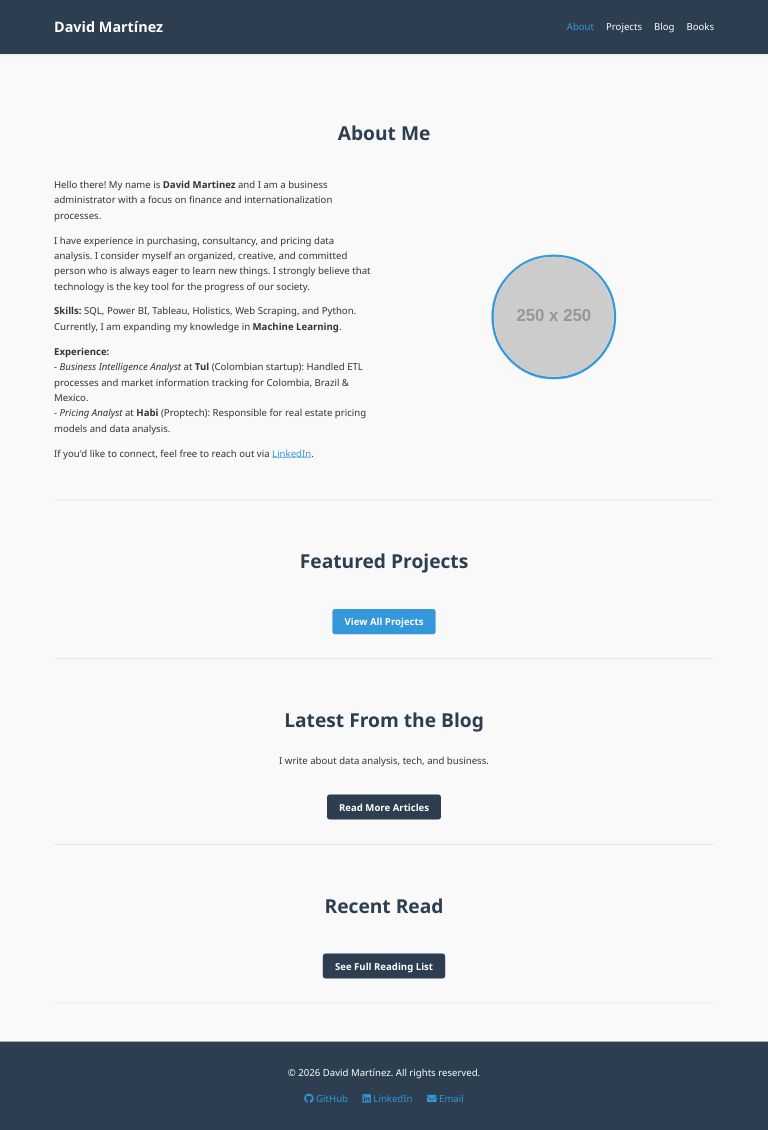
Repository: davidsmv/davidsmv.github.io
Page: index.html
These files come from the project's save history. The page is drawn as it stood at one moment and after the next save; the edit follows.
The browser window is 1280 px wide. The pictures show the whole page, at 60% of full size.

Above is the page before, as saved 2026-01-19 17:03:27.

### index.html
<!DOCTYPE html>
<html lang="en">
<head>
    <!-- Google Tag Manager -->
    <script>(function(w,d,s,l,i){w[l]=w[l]||[];w[l].push({'gtm.start':
    new Date().getTime(),event:'gtm.js'});var f=d.getElementsByTagName(s)[0],
    j=d.createElement(s),dl=l!='dataLayer'?'&l='+l:'';j.async=true;j.src=
    'https://www.googletagmanager.com/gtm.js?id='+i+dl;f.parentNode.insertBefore(j,f);
    })(window,document,'script','dataLayer','GTM-K4HP3RM');</script>
    <!-- End Google Tag Manager -->

    <meta charset="UTF-8">
    <meta name="viewport" content="width=device-width, initial-scale=1.0">
    <meta http-equiv="X-UA-Compatible" content="ie=edge">
    <title>David Martínez</title>

    <!-- Link to your new styles -->
    <link rel="stylesheet" href="styles.css">
    <!-- Font Awesome for Icons -->
    <link rel="stylesheet" href="https://cdnjs.cloudflare.com/ajax/libs/font-awesome/6.0.0/css/all.min.css">
</head>
<body>
    <!-- Google Tag Manager (noscript) -->
    <noscript><iframe src="https://www.googletagmanager.com/ns.html?id=GTM-K4HP3RM"
    height="0" width="0" style="display:none;visibility:hidden"></iframe></noscript>
    <!-- End Google Tag Manager (noscript) -->

    <!-- Navigation Header -->
    <header>
        <nav>
            <div class="logo"><a href="index.html" style="color: white; text-decoration: none;">David Martínez</a></div>
            <ul class="nav-links">
                <li><a href="#about" style="color: var(--accent-color);">About</a></li>
                <li><a href="projects.html">Projects</a></li>
                <li><a href="blog.html">Blog</a></li>
                <li><a href="books.html">Books</a></li>
            </ul>
        </nav>
    </header>

    <div class="container">
        <!-- About Section -->
        <section id="about">
            <h2>About Me</h2>
            <div class="about-content">
                <div class="about-text">
                    <p>Hello there! My name is <strong>David Martinez</strong> and I am a business administrator with a focus on finance and internationalization processes.</p>
                    <p>
                        I have experience in purchasing, consultancy, and pricing data analysis. I consider myself an organized, creative, and committed person who is always eager to learn new things.
                        I strongly believe that technology is the key tool for the progress of our society.
                    </p>
                    <p>
                        <strong>Skills:</strong> SQL, Power BI, Tableau, Holistics, Web Scraping, and Python.
                        Currently, I am expanding my knowledge in <strong>Machine Learning</strong>.
                    </p>
                    <p>
                        <strong>Experience:</strong>
                        <br>
                        - <em>Business Intelligence Analyst</em> at <strong>Tul</strong> (Colombian startup): Handled ETL processes and market information tracking for Colombia, Brazil & Mexico.
                        <br>
                        - <em>Pricing Analyst</em> at <strong>Habi</strong> (Proptech): Responsible for real estate pricing models and data analysis.
                    </p>
                    <p>
                        If you'd like to connect, feel free to reach out via <a href="https://www.linkedin.com/in/davidsmv" target="_blank" style="color: var(--accent-color);">LinkedIn</a>.
                    </p>
                </div>
                <!-- Placeholder image - Replace 'profile-placeholder.jpg' with your actual photo file name -->
                <div class="about-image">
                    <img src="https://via.placeholder.com/250" alt="David Martínez" class="profile-pic">
                </div>
            </div>
        </section>

        <!-- Projects Section -->
        <section id="projects">
            <h2>Featured Projects</h2>
            <!-- Empty container for JavaScript to populate -->
            <div class="projects-grid" id="featured-projects">
                <!-- Content will be loaded from scripts.js -->
            </div>
            <div style="text-align: center; margin-top: 2rem;">
                <a href="projects.html" style="background-color: var(--accent-color); color: white; padding: 10px 20px; border-radius: 5px; text-decoration: none; font-weight: bold;">View All Projects</a>
            </div>
        </section>

        <!-- Blog Section -->
        <section id="blog">
            <h2>Latest From the Blog</h2>
            <p style="text-align: center; margin-bottom: 20px;">I write about data analysis, tech, and business.</p>
            <!-- Empty container for JavaScript to populate -->
            <div class="card-list" id="featured-blog">
                <!-- Content will be loaded from scripts.js -->
            </div>
            <div style="text-align: center; margin-top: 2rem;">
                <a href="blog.html" style="background-color: var(--primary-color); color: white; padding: 10px 20px; border-radius: 5px; text-decoration: none; font-weight: bold;">Read More Articles</a>
            </div>
        </section>

        <!-- Books Section (Goodreads) -->
        <section id="books">
            <h2>Recent Read</h2>
            <!-- Empty container for JavaScript to populate -->
            <div class="card-list" id="featured-books">
                <!-- Content will be loaded from scripts.js -->
            </div>
            <div style="text-align: center; margin-top: 2rem;">
                <a href="books.html" style="background-color: var(--primary-color); color: white; padding: 10px 20px; border-radius: 5px; text-decoration: none; font-weight: bold;">See Full Reading List</a>
            </div>
        </section>
    </div>

    <!-- Footer -->
    <footer>
        <p>&copy; 2026 David Martínez. All rights reserved.</p>
        <p>
            <a href="https://github.com/davidsmv" target="_blank"><i class="fab fa-github"></i> GitHub</a>
            <a href="https://www.linkedin.com/in/davidsmv" target="_blank"><i class="fab fa-linkedin"></i> LinkedIn</a>
            <a href="mailto:david-martinezv@hotmail.com"><i class="fas fa-envelope"></i> Email</a>
        </p>
    </footer>

</body>
</html>

### styles.css
/* Root variables for easy customization */
:root {
  --primary-color: #2c3e50; /* Dark Blue */
  --accent-color: #3498db;  /* Light Blue */
  --bg-color: #f9f9f9;      /* Light Gray Background */
  --text-color: #333;       /* Dark Text */
  --card-bg: #fff;          /* White Card Background */
  --font-main: 'Segoe UI', Tahoma, Geneva, Verdana, sans-serif;
}

body {
  font-family: var(--font-main);
  background-color: var(--bg-color);
  color: var(--text-color);
  margin: 0;
  padding: 0;
  line-height: 1.6;
}

/* Header & Navigation */
header {
  background-color: var(--primary-color);
  color: #fff;
  padding: 1rem 0;
  position: sticky;
  top: 0;
  z-index: 1000;
  box-shadow: 0 2px 5px rgba(0,0,0,0.1);
}

nav {
  display: flex;
  justify-content: space-between;
  align-items: center;
  max-width: 1100px;
  margin: 0 auto;
  padding: 0 20px;
}

.logo {
  font-size: 1.5rem;
  font-weight: bold;
}

.nav-links {
  list-style: none;
  display: flex;
}

.nav-links li {
  margin-left: 20px;
}

.nav-links a {
  color: #fff;
  text-decoration: none;
  font-weight: 500;
  transition: color 0.3s;
}

.nav-links a:hover {
  color: var(--accent-color);
}

/* Sections */
.container {
  max-width: 1100px;
  margin: 0 auto;
  padding: 2rem 20px;
}

section {
  padding: 3rem 0;
  border-bottom: 1px solid #ddd;
}

section h2 {
  text-align: center;
  margin-bottom: 2rem;
  color: var(--primary-color);
  font-size: 2rem;
}

/* About Section */
.about-content {
  display: flex;
  flex-wrap: wrap;
  align-items: center;
  gap: 2rem;
}

.about-text {
  flex: 1;
  min-width: 300px;
}

.about-image {
  flex: 1;
  text-align: center;
  min-width: 300px;
}

.profile-pic {
  width: 200px;
  height: 200px;
  border-radius: 50%;
  object-fit: cover;
  border: 4px solid var(--accent-color);
}

/* Projects Grid */
.projects-grid {
  display: grid;
  grid-template-columns: repeat(auto-fit, minmax(300px, 1fr));
  gap: 2rem;
}

.project-card {
  background: var(--card-bg);
  padding: 1.5rem;
  border-radius: 8px;
  box-shadow: 0 4px 6px rgba(0,0,0,0.1);
  transition: transform 0.3s ease;
}

.project-card:hover {
  transform: translateY(-5px);
}

.project-card h3 {
  margin-top: 0;
  color: var(--primary-color);
}

.project-link {
  display: inline-block;
  margin-top: 1rem;
  color: var(--accent-color);
  text-decoration: none;
  font-weight: bold;
}

/* Blog & Books (General Card Style) */
.card-list {
  display: flex;
  flex-direction: column;
  gap: 1.5rem;
}

.list-item {
  background: var(--card-bg);
  padding: 1.5rem;
  border-radius: 8px;
  box-shadow: 0 2px 4px rgba(0,0,0,0.05);
  display: flex;
  justify-content: space-between;
  align-items: center;
}

.list-item a {
  color: var(--accent-color);
  text-decoration: none;
  font-weight: bold;
}

/* Footer */
footer {
  background-color: var(--primary-color);
  color: #fff;
  text-align: center;
  padding: 1.5rem 0;
  margin-top: 2rem;
}

footer a {
  color: var(--accent-color);
  margin: 0 10px;
  text-decoration: none;
}

/* Responsive */
@media (max-width: 768px) {
  nav {
    flex-direction: column;
  }

  .nav-links {
    margin-top: 1rem;
  }

  .nav-links li {
    margin: 0 10px;
  }

  .about-content {
    flex-direction: column-reverse;
    text-align: center;
  }
}

### scripts.js
// ============================================
// DATA SECTION - EDIT THIS TO UPDATE YOUR SITE
// ============================================

const projectsData = [
    {
        title: "Market Dashboard",
        description: "A dashboard created using Holistics/PowerBI to track market information and support pricing policies.",
        link: "#",
        linkText: "View Project"
    },
    {
        title: "Real Estate Pricing Model",
        description: "Data analysis project using Python to estimate initial and final pricing for real estate assets.",
        link: "#",
        linkText: "View Project"
    },
    {
        title: "Web Scraper",
        description: "A Python script to extract data from various sources for analysis.",
        link: "#",
        linkText: "View Code"
    },
    {
        title: "Sales Forecasting Tool",
        description: "Predicted future sales trends using historical data and regression models in Python.",
        link: "#",
        linkText: "View Project"
    },
    {
        title: "Portfolio Website",
        description: "This very website! Built with HTML, CSS, JavaScript, and hosted on GitHub Pages.",
        link: "#",
        linkText: "View Code"
    }
];

const blogData = [
    {
        title: "Getting started with Machine Learning",
        description: "My journey into ML and what I've learned so far about algorithms and data preparation.",
        date: "Jan 15, 2026",
        link: "https://medium.com/",
        linkText: "Read on Medium"
    },
    {
        title: "Visualizing Data with PowerBI",
        description: "Tips and tricks for creating effective dashboards that drive business decisions.",
        date: "Dec 10, 2025",
        link: "#",
        linkText: "Read Article"
    },
    {
        title: "Why Python is Essential for Finance",
        description: "Automating spreadsheets and financial modeling with Python libraries like Pandas.",
        date: "Nov 22, 2025",
        link: "#",
        linkText: "Read Article"
    },
    {
        title: "The Future of Proptech",
        description: "Reflections on my experience at Habi and how technology is changing real estate.",
        date: "Oct 05, 2025",
        link: "#",
        linkText: "Read Article"
    }
];

const bookData = [
    {
        title: "How to Avoid a Climate Disaster",
        author: "Bill Gates",
        review: "How to Avoid a Climate Disaster was a good book that helped me to have a better view of the climate problem. I can understand the key factors that make this problem worse and learned what society and I can do to achieve the goal of zero carbon emissions. I would highly recommend it.",
        rating: "4/5 stars",
        link: "https://www.goodreads.com/book/show/52275335-how-to-avoid-a-climate-disaster",
        linkText: "View on Goodreads"
    },
    {
        title: "Atomic Habits",
        author: "James Clear",
        review: "A fantastic guide on how small changes can lead to remarkable results. Essential reading for personal growth.",
        rating: "5/5 stars",
        link: "https://www.goodreads.com/",
        linkText: "View on Goodreads"
    },
    {
        title: "Clean Code",
        author: "Robert C. Martin",
        review: "Helped me understand the importance of writing readable and maintainable software.",
        rating: "5/5 stars",
        link: "https://www.goodreads.com/",
        linkText: "View on Goodreads"
    }
];


// ============================================
// LOGIC SECTION - DO NOT EDIT UNLESS NECESSARY
// ============================================

function renderProjects(containerId, limit = null) {
    const container = document.getElementById(containerId);
    if (!container) return;

    const dataToRender = limit ? projectsData.slice(0, limit) : projectsData;

    container.innerHTML = dataToRender.map(project => `
        <div class="project-card">
            <h3>${project.title}</h3>
            <p>${project.description}</p>
            <a href="${project.link}" class="project-link">${project.linkText} &rarr;</a>
        </div>
    `).join('');
}

function renderBlogs(containerId, limit = null) {
    const container = document.getElementById(containerId);
    if (!container) return;

    const dataToRender = limit ? blogData.slice(0, limit) : blogData;

    container.innerHTML = dataToRender.map(post => `
        <div class="list-item">
            <div>
                <h3>${post.title}</h3>
                <p>${post.description}</p>
                <small>Published on ${post.date}</small>
            </div>
            <a href="${post.link}" target="_blank">${post.linkText} <i class="fas fa-external-link-alt"></i></a>
        </div>
    `).join('');
}

function renderBooks(containerId, limit = null) {
    const container = document.getElementById(containerId);
    if (!container) return;

    const dataToRender = limit ? bookData.slice(0, limit) : bookData;

    container.innerHTML = dataToRender.map(book => `
        <div class="list-item">
            <div>
                <h3>${book.title}</h3>
                <p><strong>Author:</strong> ${book.author}</p>
                <p><em>"${book.review}"</em></p>
                ${book.rating ? `<p><strong>Rating:</strong> ${book.rating}</p>` : ''}
            </div>
            <a href="${book.link}" target="_blank">${book.linkText} <i class="fas fa-book-open"></i></a>
        </div>
    `).join('');
}

After the next save:
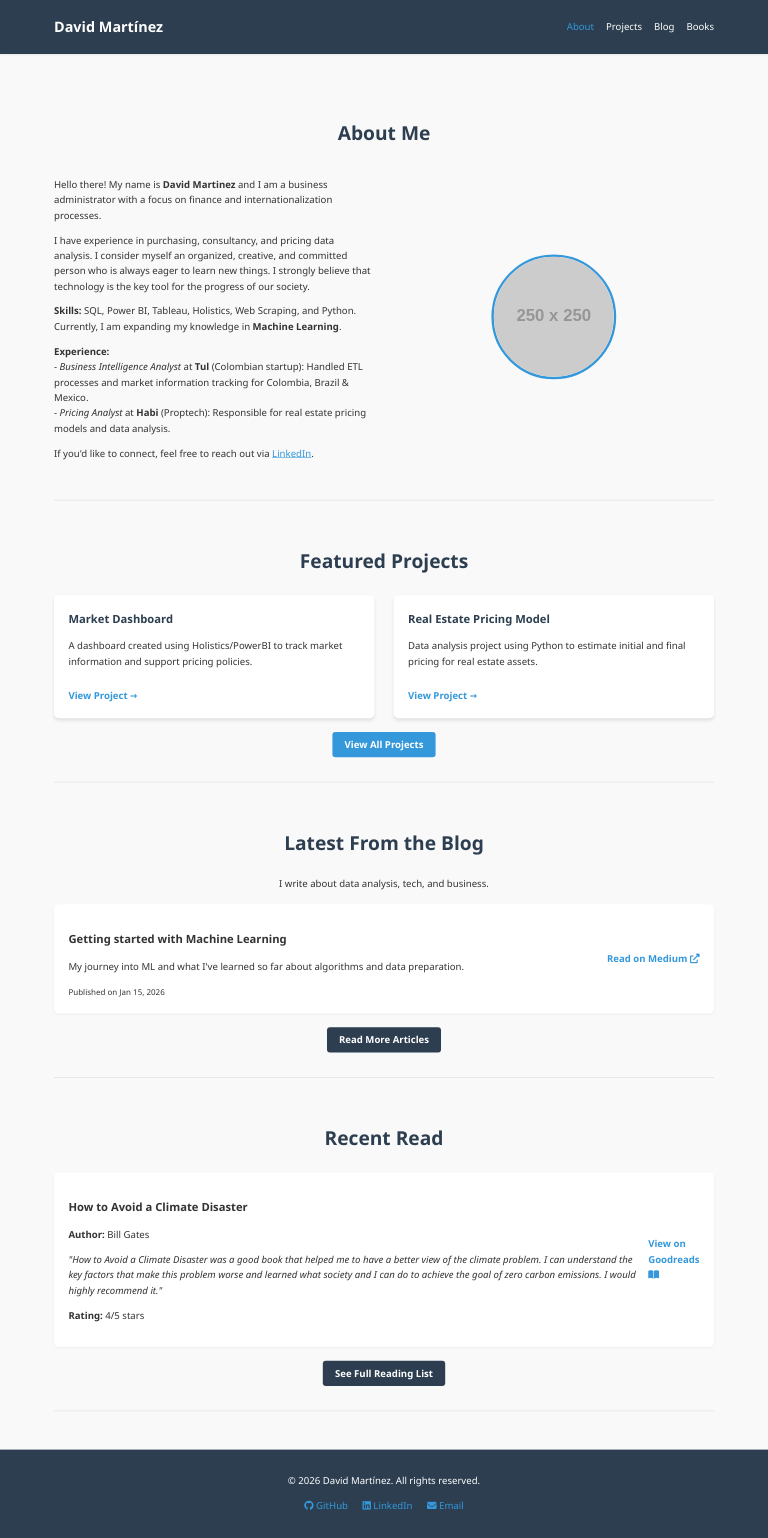
Saved 26 s later.
--- a/index.html
+++ b/index.html
@@ -119,5 +119,13 @@
         </p>
     </footer>
 
+    <!-- Load Data and Render Scripts -->
+    <script src="scripts.js"></script>
+    <script>
+        // Render sections with limits for the home page
+        renderProjects('featured-projects', 2); // Show top 2 projects
+        renderBlogs('featured-blog', 1);        // Show top 1 blog post
+        renderBooks('featured-books', 1);       // Show top 1 book
+    </script>
 </body>
 </html>
